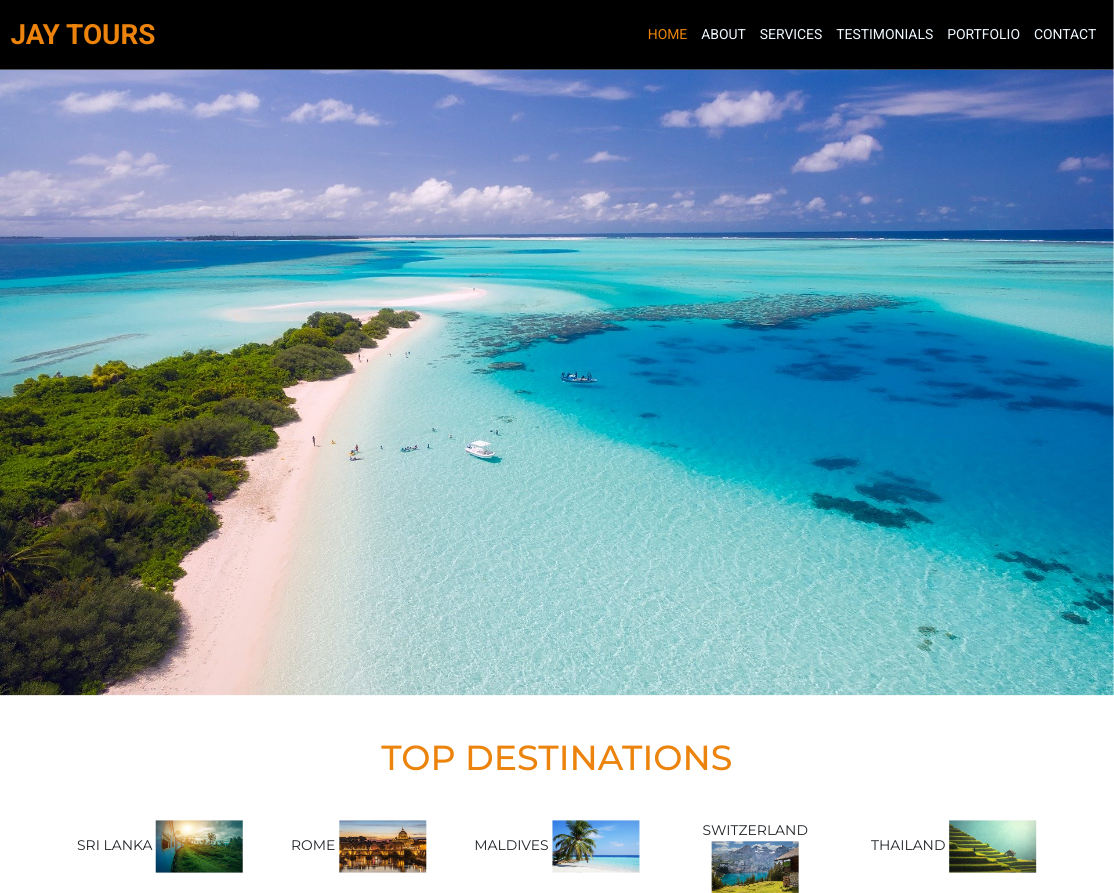
Repository: kasundiudn/Jay-Travel
Page: index.html
An editor plug-in stored every save of this project. The page is shown before and after the next save, followed by the edit.
The browser window is 1280 px wide. The pictures show the whole page, at 87% of full size.

Above is the page before, as saved 2025-06-26 10:36:18.

After the next save:
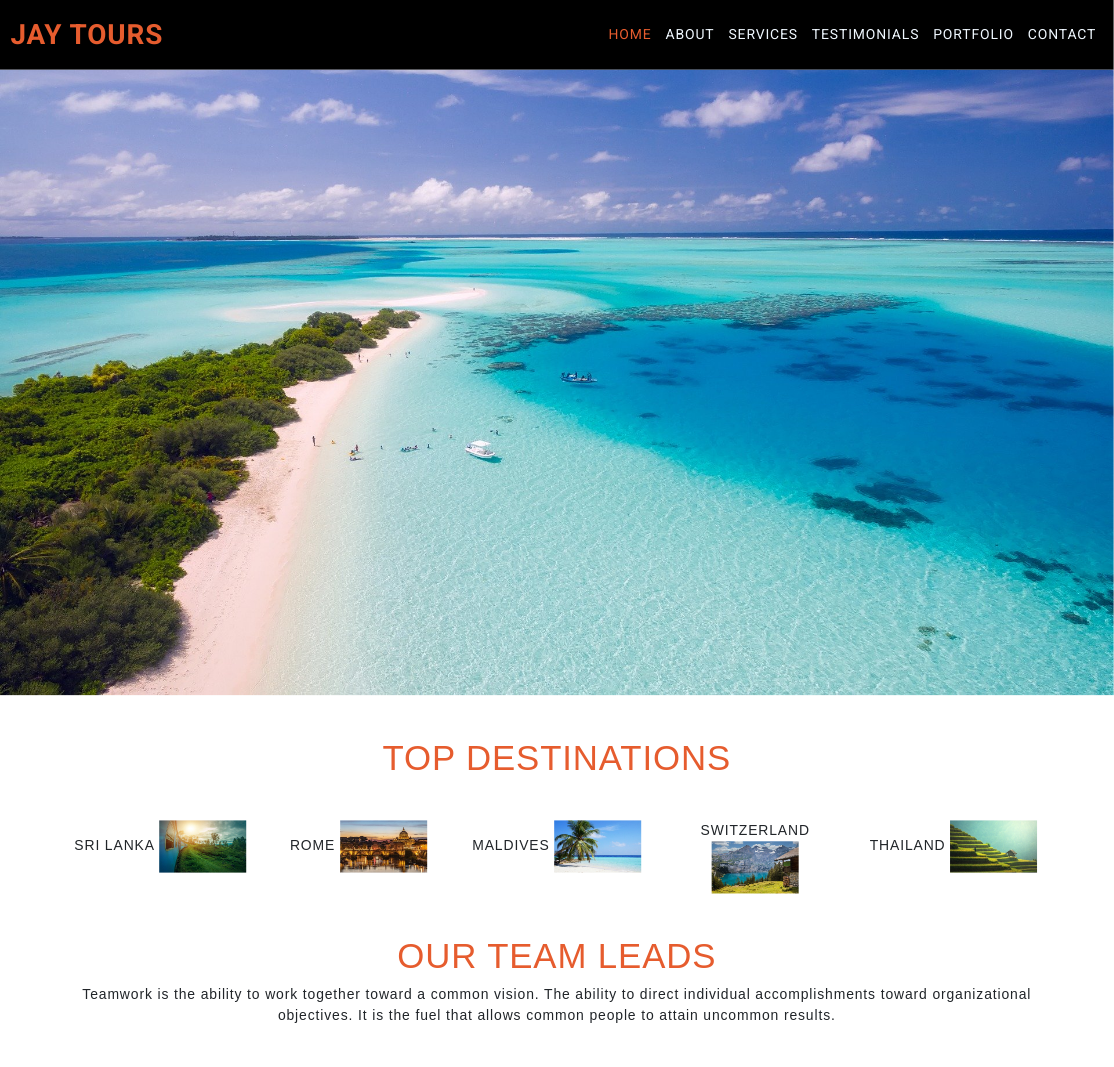
Saved 17 min 24 s later.
--- a/index.html
+++ b/index.html
@@ -18,8 +18,8 @@
         color: aliceblue;
     }
     body{
-        font-family: "montserrat", sans-serif;
-
+        font-family: "poppins", sans-serif;
+        letter-spacing:1px;
     }
 
   </style>
@@ -28,14 +28,14 @@
 <header>
     <nav class="navbar navbar-expand-lg " style="background-color: black; height: 80px;">
   <div class="container-fluid">
-    <a class="navbar-brand" href="#" style="color: #eb830c; font-weight: bold;  font-size:xx-large;">JAY TOURS</a>
+    <a class="navbar-brand" href="#" style="color: #e65c2e; font-weight: bold;  font-size:xx-large;">JAY TOURS</a>
     <button class="navbar-toggler" type="button" data-bs-toggle="collapse" data-bs-target="#navbarSupportedContent" aria-controls="navbarSupportedContent" aria-expanded="false" aria-label="Toggle navigation">
       <span class="navbar-toggler-icon"></span>
     </button>
     <div class="collapse navbar-collapse justify-content-end" id="navbarSupportedContent">
       <ul class="navbar-nav mb-2 mb-lg-0">
         <li class="nav-item">
-          <a class="nav-link active" aria-current="page" href="#" style="color: #eb830c;">HOME</a>
+          <a class="nav-link active" aria-current="page" href="#" style="color: #e65c2e;">HOME</a>
         </li>
         <li class="nav-item">
           <a class="nav-link" href="#">ABOUT</a>
@@ -59,7 +59,7 @@
 <img src="main.jpg" alt="Beach image" style="width: 100%; height: auto;">
 
 <div class="container text-center my-5">
-  <h1 style="color: #eb830c;">TOP DESTINATIONS</h1></div>
+  <h1 style="color: #e65c2e;">TOP DESTINATIONS</h1></div>
 
 
 <div class="container text-center">
@@ -87,6 +87,13 @@
   </div>
 </div>
 
+<div class="container text-center my-5">
+  <h1 style="color: #e65c2e; font-family:;">OUR TEAM LEADS</h1>
+  <p>Teamwork is the ability to work together toward a common vision. The ability to direct individual accomplishments toward organizational objectives. It is the fuel that allows common people to attain uncommon results.
+</p>
+
+</div>
+
     <script src="https://cdn.jsdelivr.net/npm/@popperjs/core@2.11.8/dist/umd/popper.min.js" integrity="sha384-I7E8VVD/ismYTF4hNIPjVp/Zjvgyol6VFvRkX/vR+Vc4jQkC+hVqc2pM8ODewa9r" crossorigin="anonymous"></script>
 <script src="https://cdn.jsdelivr.net/npm/bootstrap@5.3.7/dist/js/bootstrap.min.js" integrity="sha384-7qAoOXltbVP82dhxHAUje59V5r2YsVfBafyUDxEdApLPmcdhBPg1DKg1ERo0BZlK" crossorigin="anonymous"></script>
   </body>
